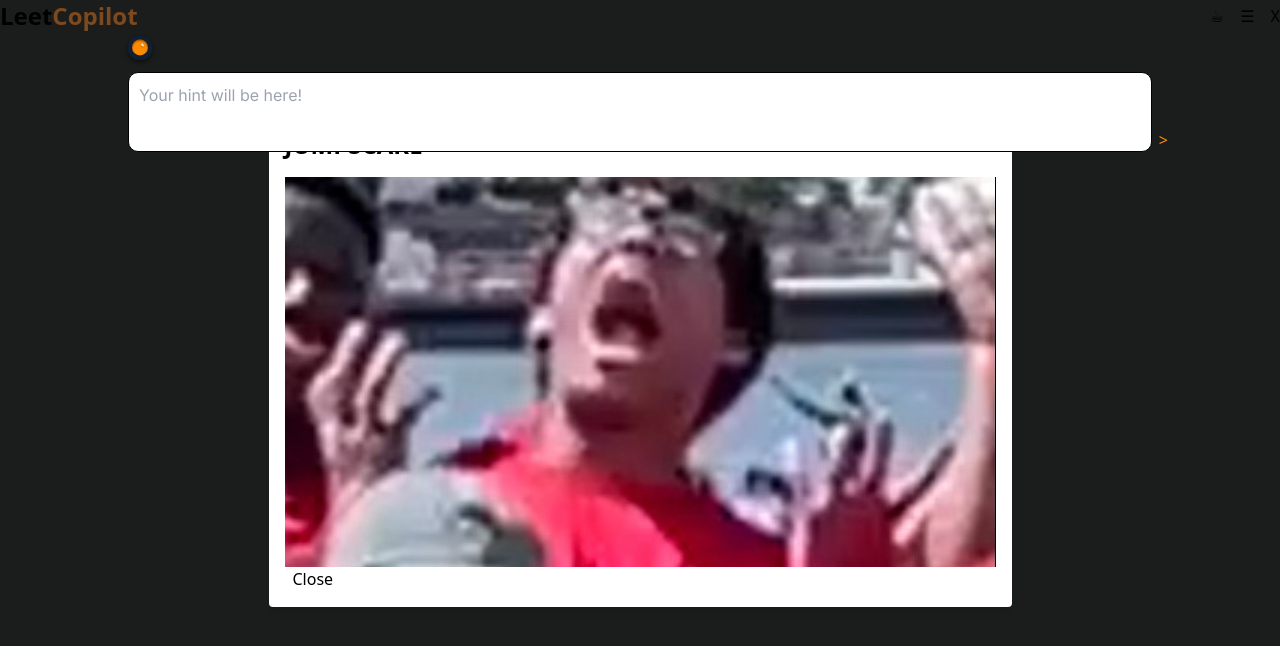
Repository: LeetCopilot/LeetCopilot
Page: / (app in frontend/), after clicking the first element matching `div.flex > :nth-child(3)`
An editor plug-in stored every save of this project. The page is shown before and after the next save, followed by the edit.
The browser window is 1280 px wide. The pictures show the whole page.
The project was rebuilt for these pictures with package versions that can differ from the ones it lists, and the page was loaded fresh each time. Also part of the build but not shown: frontend/vite.config.js.

Above is the page before, as saved 2023-09-01 13:49:29.

After the next save:
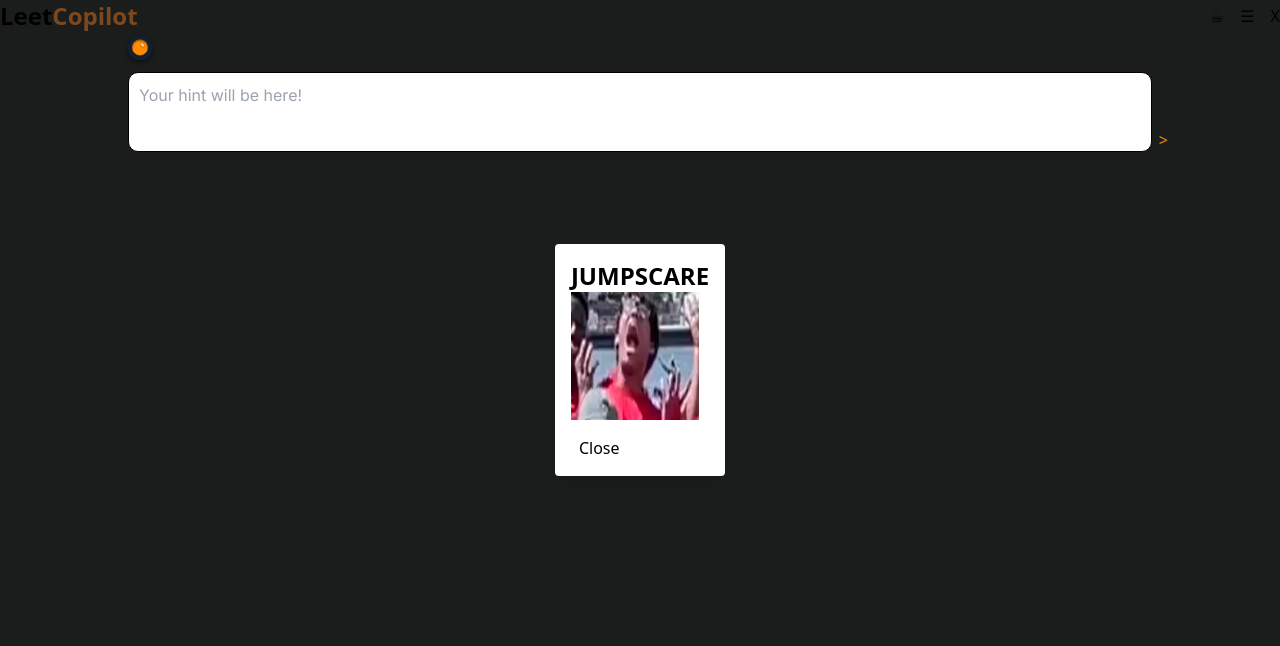
Saved 16 s later.
--- a/frontend/src/components/Popup.tsx
+++ b/frontend/src/components/Popup.tsx
@@ -10,7 +10,7 @@ const Popup: React.FC<PopupProps> = ({ onClose }) => {
     <div className="fixed left-0 top-0 flex h-full w-full items-center justify-center bg-black bg-opacity-50">
       <div className="rounded bg-white p-4 shadow-lg">
         <span className="mb-4 text-2xl font-bold">JUMPSCARE</span>
-        <img src="ridha.jpg" alt="Ridha" className="mt-4" />
+        <img src="ridha.jpg" alt="Ridha" className="mb-4 h-32 w-32" />
         <button onClick={onClose} className="ml-2">
           Close
         </button>
